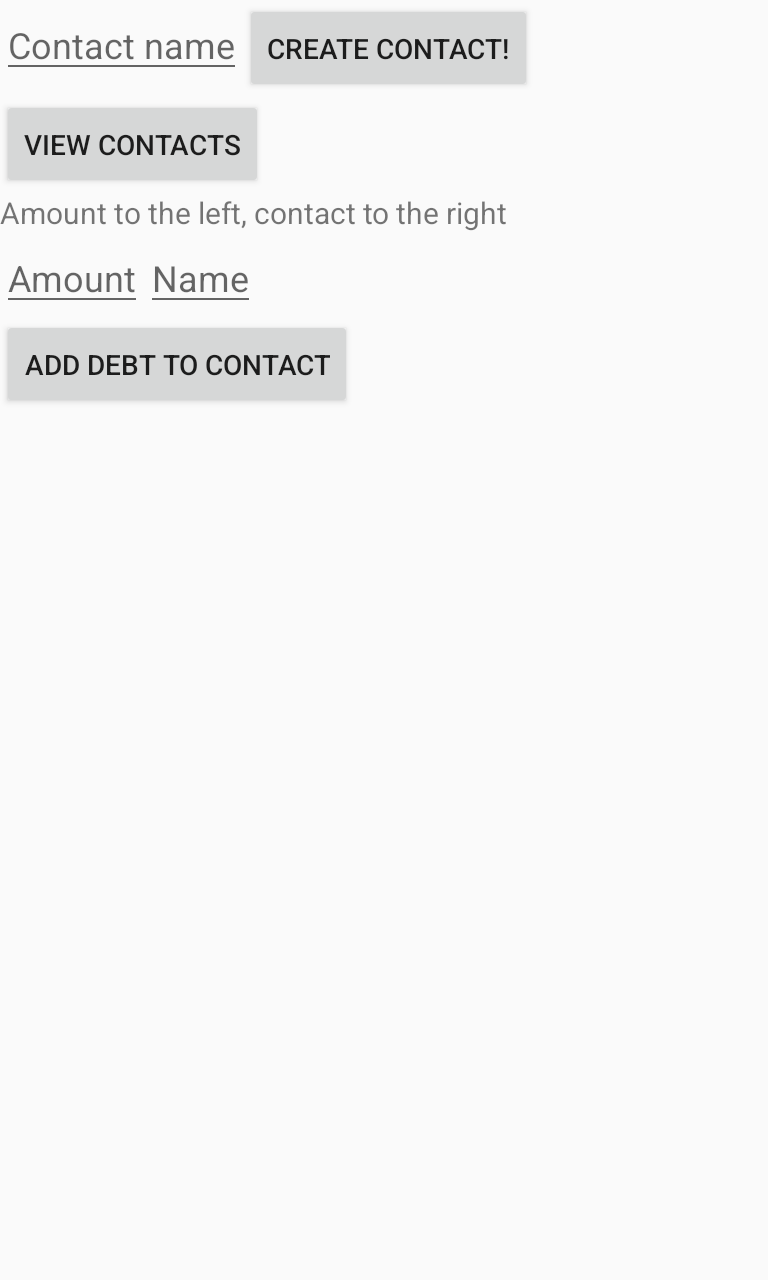
Repository: wisingd/Dajoroli
Layout: Workspace/SplitIt/res/layout/fragment_main.xml
These files come from the project's save history. The layout is drawn as it stood at one moment and after the next save; the edit follows.
It is drawn on a 768 x 1280 px phone screen (xhdpi) without system bars, with theme AppTheme; the app's code is not run.

Above is the layout before, as saved 2014-04-26 16:33:37.

After the next save:
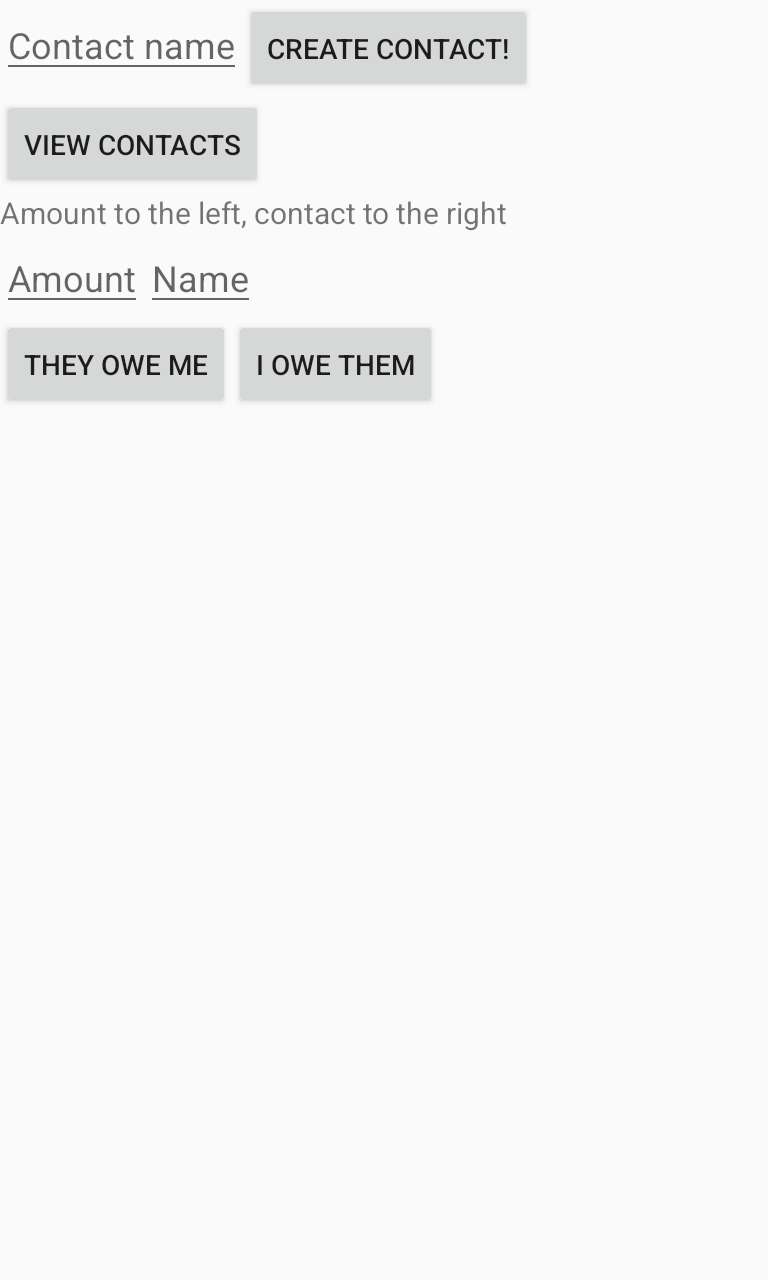
Saved 11 min 16 s later.
--- a/Workspace/SplitIt/res/layout/fragment_main.xml
+++ b/Workspace/SplitIt/res/layout/fragment_main.xml
@@ -53,10 +53,22 @@
             android:hint="@string/contact" />
     </LinearLayout>
 
-    <Button
+    <LinearLayout
         android:layout_width="wrap_content"
         android:layout_height="wrap_content"
-        android:onClick="addDebt"
-        android:text="@string/new_debt_button" />
+        android:orientation="horizontal" >
+
+        <Button
+            android:layout_width="wrap_content"
+            android:layout_height="wrap_content"
+            android:onClick="addDebt"
+            android:text="@string/they_owe_me" />
+
+        <Button
+            android:layout_width="wrap_content"
+            android:layout_height="wrap_content"
+            android:onClick="addDebt"
+            android:text="@string/i_owe_them" />
+    </LinearLayout>
 
 </LinearLayout>
--- a/Workspace/SplitIt/res/values/strings.xml
+++ b/Workspace/SplitIt/res/values/strings.xml
@@ -10,7 +10,8 @@
     <string name="view_contacts">View contacts</string>
     <string name="amount">Amount</string>
     <string name="contact">Name</string>
-    <string name="new_debt_button">Add debt to contact</string>
+    <string name="they_owe_me">They owe me</string>
+    <string name="i_owe_them">I owe them</string>
 
 
 
